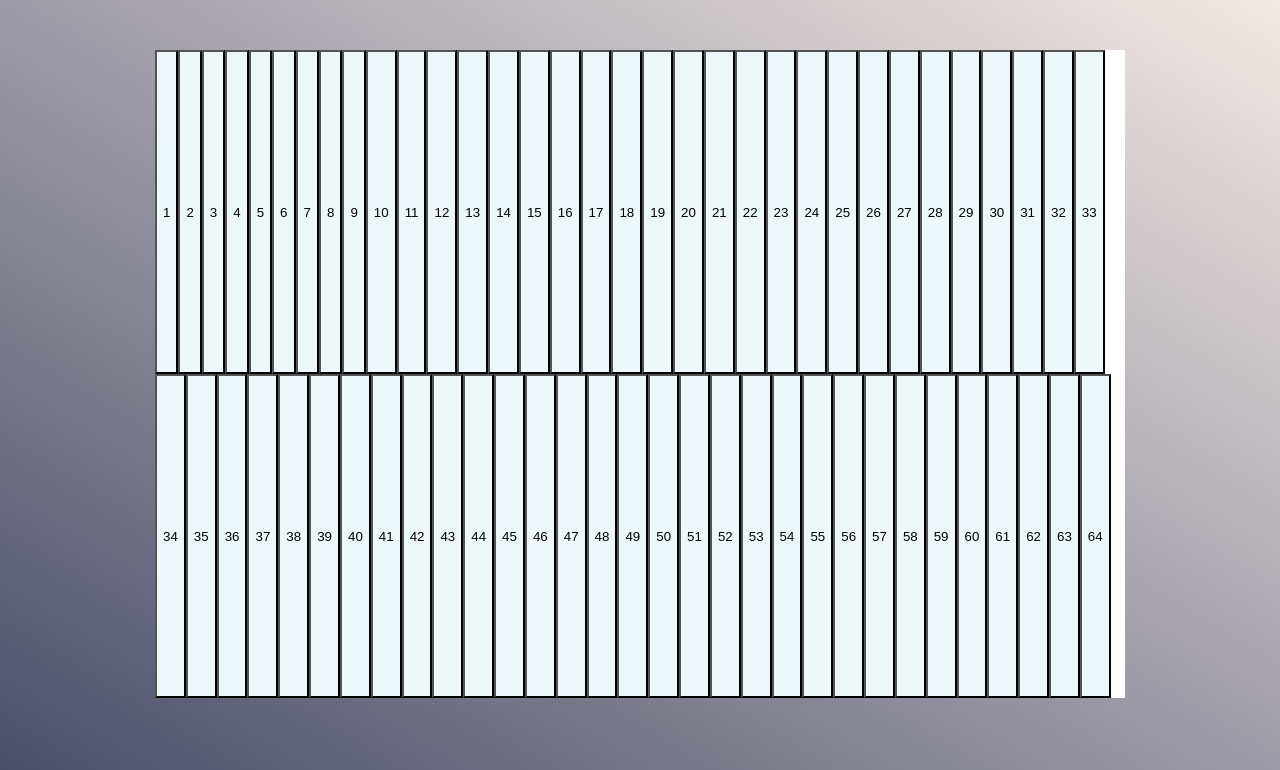
Repository: letrongtinh27/LapTrinhWeb
Page: Lab4.7/index.html
These files come from the project's save history. The page is drawn as it stood at one moment and after the next save; the edit follows.
The browser window is 1280 px wide. The pictures show the whole page.
After loading, the first visible `button.btn` was clicked once.

Above is the page before, as saved 2022-10-15 09:37:22.

### Lab4.7/index.html
<!DOCTYPE html>
<html lang="en">
<head>
    <meta charset="UTF-8">
    <meta http-equiv="X-UA-Compatible" content="IE=edge">
    <meta name="viewport" content="width=device-width, initial-scale=1.0">
    <title>Document</title>
    <link rel="stylesheet" href="./reset.css">
    <link rel="stylesheet" href="./style.css">
</head>
<body>
    <div class="container" id="buttons">

    </div>
    <script src="./main.js"></script>
</body>
</html>

### Lab4.7/style.css
body {
    width: 100%;
    height: 100vh;
    background-image: linear-gradient(to right top, #4a4e69, #f2e9e4);
}

.container {
    display: flex;
    width: 100%;
    max-width: 970px;
    height: 90vh;
    margin: 50px auto;
    flex-direction: row;
    flex-wrap: wrap;
    justify-content: flex-start;
    align-items: stretch;
    align-content: stretch;
    background-color: #fff;
}

.btn {
    display: block;
    width: auto;
    height: auto;
    background-color: #edf6f9;
}

.btn:hover {
    background-color: #ffddd2;
}

.hident {
    display: none;
}

### Lab4.7/main.js
var button;
for (i = 0; i < 64; i++) {
    button = document.createElement("button");
    button.innerHTML = i+1;
    button.className = "btn";
    var buttonDiv = document.getElementById("buttons");
    buttonDiv.appendChild(button);
}

var btn_list = document.querySelectorAll('button');

var count = 1;
for(i = 0 ; i< btn_list.length; i++) {
    btn_list[i].onclick = function (e) {
        if(e.target.innerHTML == count) {
            count++;
            console.log(e.target);
        }
    }
}

Loaded but not shown: Lab4.7/reset.css (common file)

After the next save:
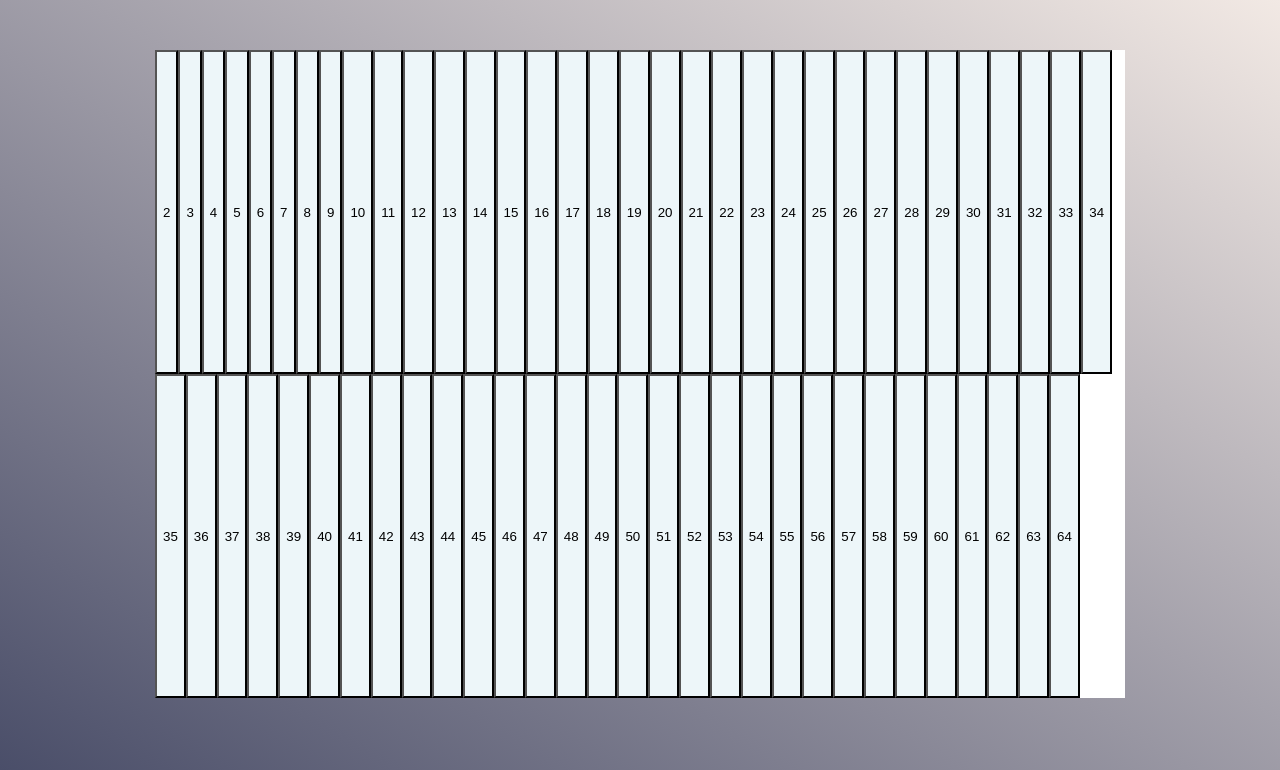
Saved 12 s later.
--- a/Lab4.7/main.js
+++ b/Lab4.7/main.js
@@ -14,7 +14,7 @@ for(i = 0 ; i< btn_list.length; i++) {
     btn_list[i].onclick = function (e) {
         if(e.target.innerHTML == count) {
             count++;
-            console.log(e.target);
+            console.log(e.target.className = "hident");
         }
     }
 }
